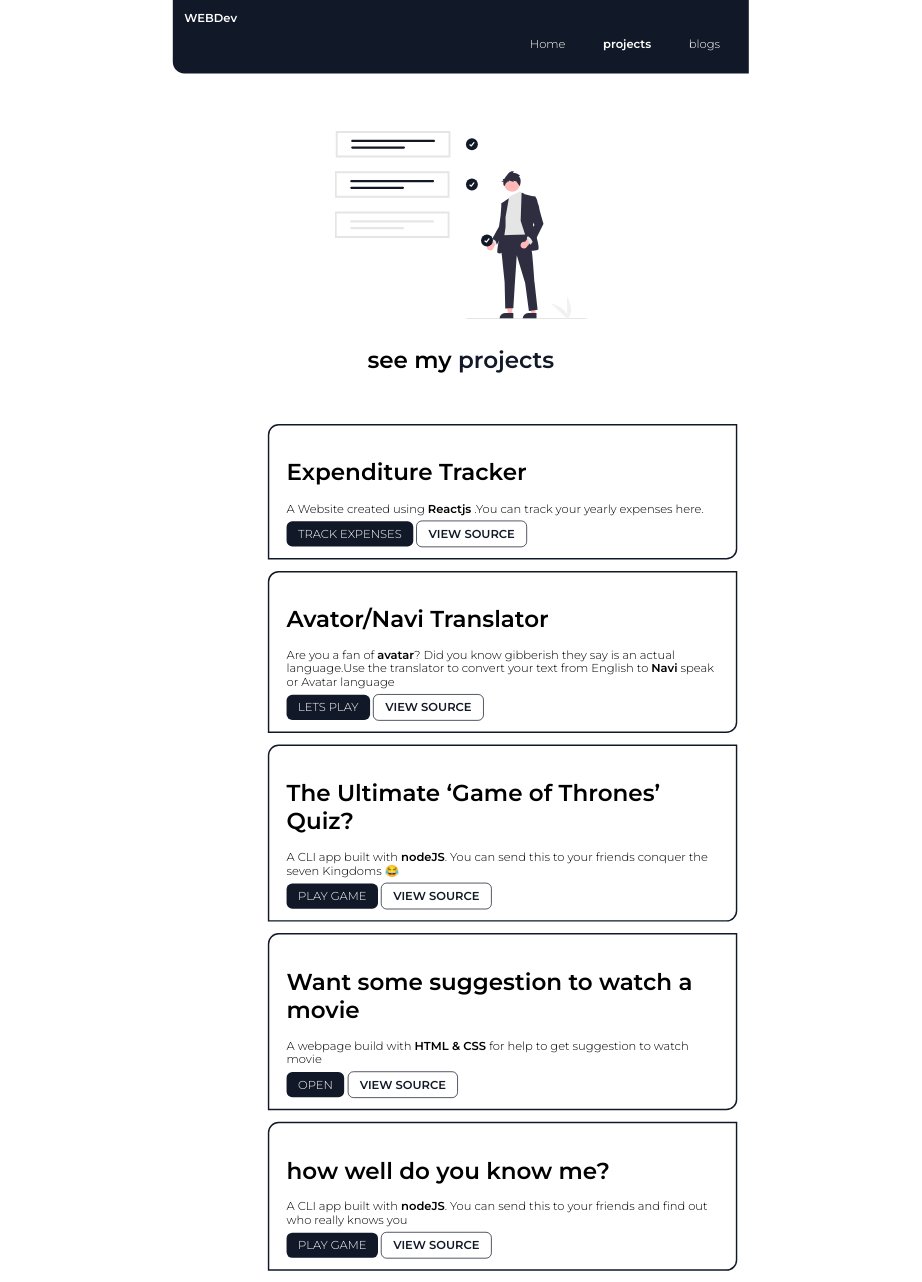
Repository: sohan2503001/Portfolio
Page: projects.html
The author's editor kept a copy of each file at every save. The page is drawn from the files as they stood at one save, then again after the next save.
The browser window is 1280 px wide. The pictures show the whole page, at 72% of full size.

Above is the page before, as saved 2021-05-11 18:23:45.

### projects.html
<!DOCTYPE html>
<html lang="en">

<head>
  <meta charset="UTF-8" />
  <meta name="viewport" content="width=device-width, initial-scale=1.0" />
  <title>Projects | Sohan</title>
  <link rel="stylesheet" href="style.css" />
  <link rel="icon" href="images/favicon.svg" sizes="any" type="image/svg+xml">
</head>

<body>
  <nav class="navigation container">
    <div class="nav-brand">WEBDev</div>
    <ul class="list-non-bullet nav-pills">
      <li class="list-item-inline">
        <a class="link" href="/">Home</a>
      </li>
      <li class="list-item-inline">
        <a class="link link-active" href="projects.html">projects</a>
      </li>
      <li class="list-item-inline">
        <a class="link" href="blogs.html">blogs</a>
      </li>
    </ul>
  </nav>

  <header class="hero">
    <img class="hero-img" src="images/pro.svg" alt="" />
    <h1 class="hero-heading">
      see my<span class="heading-inverted"> projects</span>
    </h1>
  </header>


  <ol class="list list-non-bullet">


    <div class="container container-center box-contain">
      <li>
        <h1>Expenditure Tracker</h1>
        <p>
          A Website created using <strong>Reactjs</strong> .You can track your yearly expenses here.
        </p>

        <div class="link-button">
          <a class="link link-primary" href="https://expenditure-tracker.netlify.app/"
          target="_blank">TRACK EXPENSES</a>
        <a class="link link-secondary" href="https://github.com/sohan2503001/Expenditure-Tracker" target="_blank">VIEW
          SOURCE</a>
        </div>
      </li>
    </div>


    <div class="container container-center box-contain">
      <li>
        <h1>Avator/Navi Translator </h1>
        <p>
          Are you a fan of <strong>avatar</strong>? Did you know gibberish they say is an actual
          language.Use the translator to convert your text from English to <strong>Navi</strong>
          speak or Avatar language
        </p>

        <div class="link-button">
          <a class="link link-primary" href="https://avator-speak.netlify.app/"
          target="_blank">LETS PLAY</a>
        <a class="link link-secondary" href="https://github.com/sohan2503001/Avator-speak" target="_blank">VIEW
          SOURCE</a>
        </div>
      </li>
    </div>


    <div class="container container-center box-contain">
      <li>
        <h1>The Ultimate ‘Game of Thrones’ Quiz?</h1>
        <p>
          A CLI app built with <strong>nodeJS</strong>. You can send this to
          your friends conquer the seven Kingdoms 😂
        </p>

        <a class="link link-primary" href="https://replit.com/@Sohan250301/GameofThronesQuiz?embed=1&output=1#index.js"
          target="_blank">PLAY GAME</a>
        <a class="link link-secondary" href="https://github.com/sohan2503001/GOTQuiz" target="_blank">VIEW SOURCE</a>
      </li>
    </div>


    <div class="container container-center box-contain">
      <li>
        <h1>Want some suggestion to watch a movie</h1>
        <p>
          A webpage build with <strong>HTML & CSS </strong> for help to get suggestion to watch movie
        </p>

        <a class="link link-primary" href="https://moviesreview.netlify.app/" target="_blank">OPEN</a>
        <a class="link link-secondary" href="https://github.com/sohan2503001/MovieSuggestion" target="_blank">VIEW
          SOURCE</a>
      </li>
    </div>


    <div class="container container-center box-contain">
      <li>
        <h1>how well do you know me?</h1>
        <p>
          A CLI app built with <strong>nodeJS</strong>. You can send this to
          your friends and find out who really knows you
        </p>

        <a class="link link-primary" href="https://replit.com/@Sohan250301/How-much-you-know-me?embed=1&output=1"
          target="_blank">PLAY GAME</a>
        <a class="link link-secondary" href="https://github.com/sohan2503001/Quiz1" target="_blank">VIEW SOURCE</a>
      </li>
    </div>


  </ol>
  <script src="code.js"></script>
</body>

</html>

### style.css
@import url('https://fonts.googleapis.com/css2?family=Montserrat:wght@300;600&display=swap');

:root{
    --primary-color: #111827;
    --dark-gray: #4B5563;
    --off-white: #D1D5DB;
}

body {
    font-family: 'Montserrat', sans-serif;
    margin: auto;
    max-width: 800px;
    width: 100%;
}

hr{
    margin: 2rem 0rem;
}

/** container **/
.container{
    padding: 0rem 1rem;
}

.container-center{
    max-width: 600px;
    margin: auto;
}

/** links **/
.link{
    text-decoration: none;
    padding: 0.5rem 1rem;
    /*margin: 1rem 0rem 1rem 0rem;*/
}

.link-primary{
    background-color: var(--primary-color);
    border-radius: 0.5rem;
    color:white;
}

.link-secondary{
    color: var(--primary-color);
    border-radius: 0.5rem;
    border: 1px solid var(--primary-color);
    font-weight: bold;
}

/** lists **/

.list-non-bullet{
    list-style: none;
}

.list-item-inline{
    display: inline;
    padding: 0rem 0.5rem;
}

/** navigation **/

.navigation{
    background-color: var(--primary-color);
    color: white;
    padding: 1rem;
    border-bottom-left-radius: 1rem;
}

.navigation .nav-brand{
    font-weight: bold;
}

.navigation .nav-pills{
    text-align: right;
}

.navigation .link{
    color: white;
}

.navigation .link-active{
    font-weight: bold;
}

/**header **/

.hero{
    padding: 2rem;
    padding-top: 5rem;
}

.hero .hero-img{
    max-width: 350px;
    display: block;
    margin: auto;
}

.hero .hero-heading{
    padding-top: 1rem;
    color: var(--dark-red);
    text-align: center;
}

.hero .hero-heading .heading-inverted{
    color: var(--primary-color)
}

/** section **/
.section{
    padding: 1rem;
    border-radius: 15px;
    margin: 2rem;
}

.section h1{
    text-align: center;
    font-weight: bolder;
}

.ow {
    background-color: var(--off-white);
}

.section p{
    font-weight: bold;
}

/**footer **/

.footer{
    background-color: var(--primary-color);
    padding: 1rem;
    text-align: center;
    color: white;
    border-top-right-radius: 1rem;
}

.footer .link{
    color: white;
}

.footer .footer-header{
    font-weight: bold;
    font-size: large;
}

.footer ul{
    padding-inline-start: 0px;
}

/**Projects**/
.box-contain{
    border: 2px solid var(--primary-color);
    padding: 1.5rem;
    border-top-left-radius: 15px;
    border-bottom-right-radius: 15px;
    margin: auto;
    margin-top: 1rem;
    margin-right: 1rem;
}

.link

### code.js
function myFunction() {
    var element = document.body;
    element.classList.toggle("dark-mode");
}

After the next save:
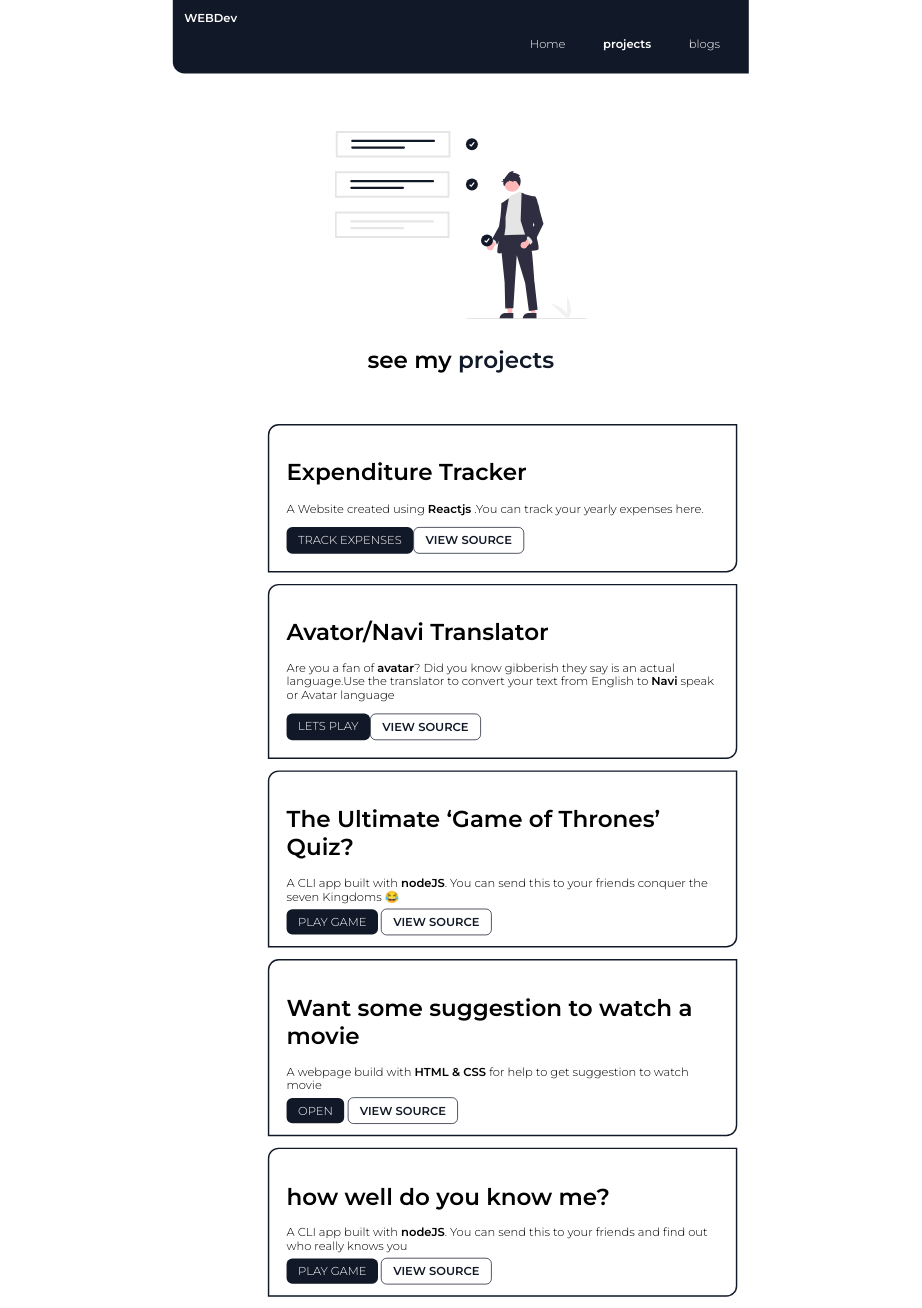
Saved 7 s later.
--- a/style.css
+++ b/style.css
@@ -160,4 +160,6 @@ hr{
     margin-right: 1rem;
 }
 
-.link
+.link-button{
+    display: flex;
+}
